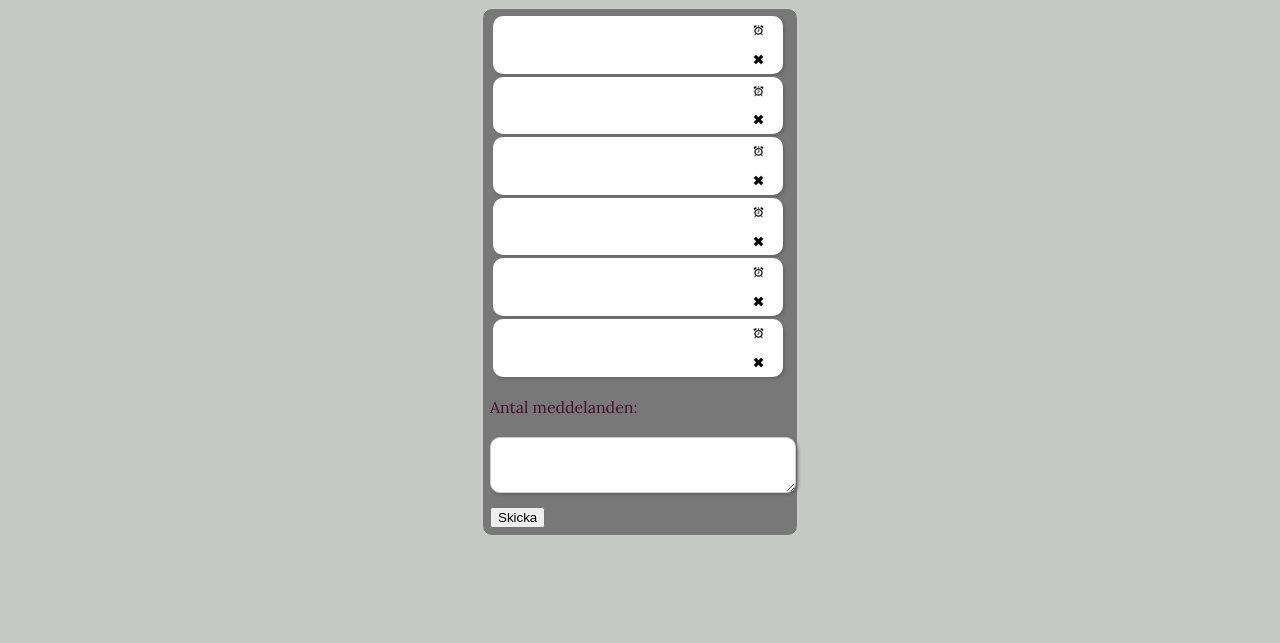
Repository: Angamanga/1dv403-laborationer
Page: 2-labbymezzage/index.html
The author's editor kept a record of every edit. The page is drawn from the files as they stood at one moment, then again after the next edit.
The browser window is 1280 px wide. The pictures show the whole page.

Above is the page before.
Console error: TypeError: Cannot read properties of null (reading 'addEventListener')

### 2-labbymezzage/index.html
<!doctype html>
<html lang="sv">

<head>
    <meta charset="utf-8" />
    <title>Anna I:s sajt</title>
    <link href='//fonts.googleapis.com/css?family=Lora|Open+Sans+Condensed:300|Amatic+SC' rel='stylesheet' type='text/css'>
    <link rel="stylesheet" media="screen and (min-width:501px)" href="css/style.css">
    <link rel="stylesheet" media="screen and (max-width:500px)" href="css/mobile.css">
    <meta name="viewport" content="width=device-width, minimum-scale=1">

   <script src="js/message.js"></script>
    <script src="js/script.js"></script>
    <title>Webbteknik 1, Laboration 2</title>
</head>

<body>



        <main>


            <div class="container">

             <div class ="messages">
                <img src="pics/14.png" alt="tid"></img>
                <img src="pics/12.png" alt="radera meddelande"></img>
             </div>
              <div class ="messages">
                <img src="pics/14.png" alt="tid"></img>
                <img src="pics/12.png" alt="radera meddelande"></img>
             </div>
               <div class ="messages">
                <img src="pics/14.png" alt="tid"></img>
                <img src="pics/12.png" alt="radera meddelande"></img>
             </div>
             <div class ="messages">
                <img src="pics/14.png" alt="tid"></img>
                <img src="pics/12.png" alt="radera meddelande"></img>
             </div>
              <div class ="messages">
                <img src="pics/14.png" alt="tid"></img>
                <img src="pics/12.png" alt="radera meddelande"></img>
             </div>
               <div class ="messages">
                <img src="pics/14.png" alt="tid"></img>
                <img src="pics/12.png" alt="radera meddelande"></img>
             </div>
             <div><p class ="counter">Antal meddelanden: </p></div>
           <textarea class="messageInput"></textarea>
           <input type ="submit" class="submitMessage" value="Skicka"/>
            </div>

        </main>

        <footer>
        </footer>
    </div>
</body>

</html>

### 2-labbymezzage/css/style.css
article,
aside,
details,
figcaption,
figure,
footer,
header,
hgroup,
main,
menu,
nav,
section {
    display: block;
}
/*@media screen and (min-width: 501px)*/

body {
    background: #C6C8C5;
    color: #430F29;
    font-family: Lora, 'Palatino Linotype', Palatino, serif;
}

.container {
    Width: 300px;
    margin: 0 auto;
    text-align: justify;
    line-height: 1.8em;
    margin: 0 auto;
    background: #787878;
    border: 1px solid #ccc;
    -moz-border-radius: 10px;
    -webkit-border-radius: 10px;
    border-radius: 10px;
    padding: 4px 7px;
    outline: 0;
    -webkit-appearance: none;
}
.messageInput {
    width:290px;
    border: 1px solid #ccc;
    -moz-border-radius: 10px;
    -webkit-border-radius: 10px;
    border-radius: 10px;
    -moz-box-shadow: 2px 2px 3px #666;
    -webkit-box-shadow: 2px 2px 3px #666;
    box-shadow: 2px 2px 3px #666;
    font-size: 20px;
    padding: 4px 7px;
    outline: 0;
    -webkit-appearance: none;
}
.messageInput:focus {
    border-color: #339933;
}
.messages{
    width:290px;
     border: 1px #C6C8C5;
     background:white;
    -moz-border-radius: 10px;
    -webkit-border-radius: 10px;
    border-radius: 10px;
    -moz-box-shadow: 2px 2px 3px #666;
    -webkit-box-shadow: 2px 2px 3px #666;
     margin:3px;
    outline: 0;
    -webkit-appearance: none;
    }
 div.messages img{
   margin-left:260px;
}

### 2-labbymezzage/js/message.js
"use strict";

function Message(message, date){

	this.getText = function(){
		return message;
	}
	this.setText = function(_text){
		message = _text;
	}

	this.getDate = function(){
		return date;
	}
	this.setDate = function(_date){
		date = _date
	}
}

Message.prototype.toString = function(first_argument) {
	return this.getText() + " (" + this.getDate() + " )";
};
Message.prototype.getText = function(first_argument) {
	// body...
};
Message.prototype.setText = function(first_argument) {
	// body...
};
Message.prototype.getDate = function(first_argument) {
	// body...
};
Message.prototype.setDate = function(first_argument) {
	// body...
};
Message.prototype.getHTMLtext = function(first_argument) {
	// body...
};

### 2-labbymezzage/js/script.js

"use strict"

window.onload = function(){

var MessageBoard = {
    messages:[],
    init:function(e){
var message = new Message();
    }
	};
MessageBoard.init();


var messageInput = document.querySelector(".messageInput");
var submitMessage = document.querySelector(".submitMessage");
var messages = document.querySelector(".messages");
var p = document.querySelector(".counter")
submitMessage.addEventListener("click", function(e){
var txt = messageInput.value;
var dte = new Date();
var msg = new Message(txt,dte);
MessageBoard.messages.push(msg);
p.innerHTML = "Antal meddelanden: " + MessageBoard.messages.length;
console.log(txt);
console.log(dte);
console.log(msg);
console.log(MessageBoard.messages[0].getText());
console.log(MessageBoard.messages.toString());

});

var showDate = document.querySelector(".showDate");
showDate.addEventListener("click",function(e){
    alert("Inlagget skapades den" + this.getDate());            //kolla upp!
    }
);
};

### 2-labbymezzage/css/mobile.css
/*@media screen and (max-width: 500px)*/

body{
    background:#C6C8C5;
}

After the next edit:
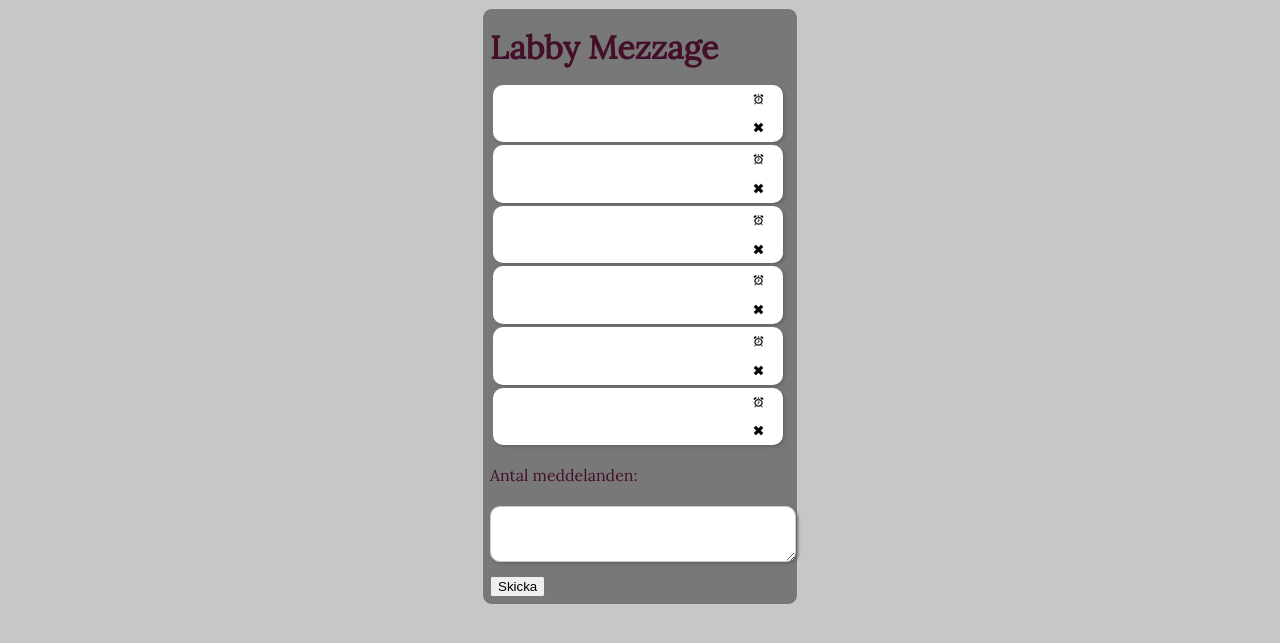
The edit:
--- a/2-labbymezzage/index.html
+++ b/2-labbymezzage/index.html
@@ -22,7 +22,9 @@
 
 
             <div class="container">
-
+                <header>
+            <h1>Labby Mezzage</h1>
+        </header>
              <div class ="messages">
                 <img src="pics/14.png" alt="tid"></img>
                 <img src="pics/12.png" alt="radera meddelande"></img>
